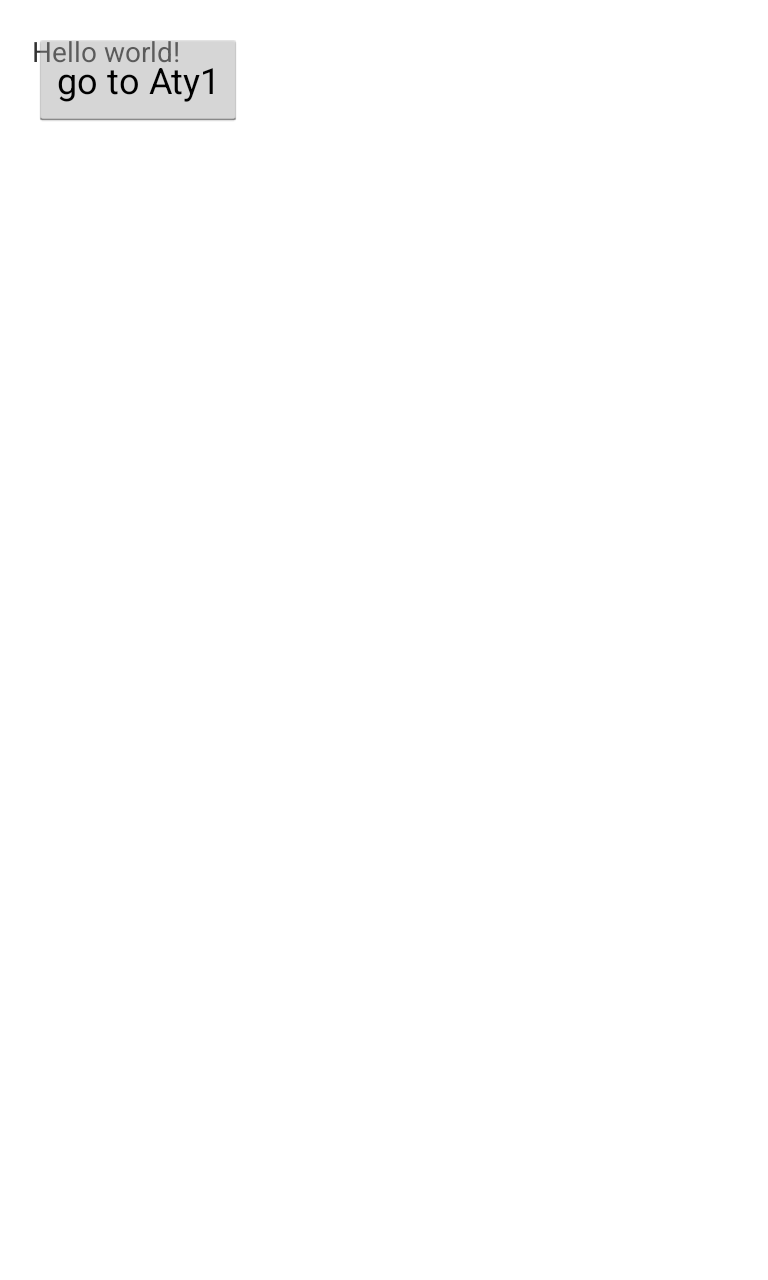
Repository: avenosu/android-coding-practice
Layout: Z001Activity/res/layout/activity_main.xml
An editor plug-in stored every save of this project. The layout is shown before and after the next save, followed by the edit.
It is drawn on a 768 x 1280 px phone screen (xhdpi) without system bars, with theme AppTheme; the app's code is not run.

Above is the layout before, as saved 2015-03-24 11:15:17.

After the next save:
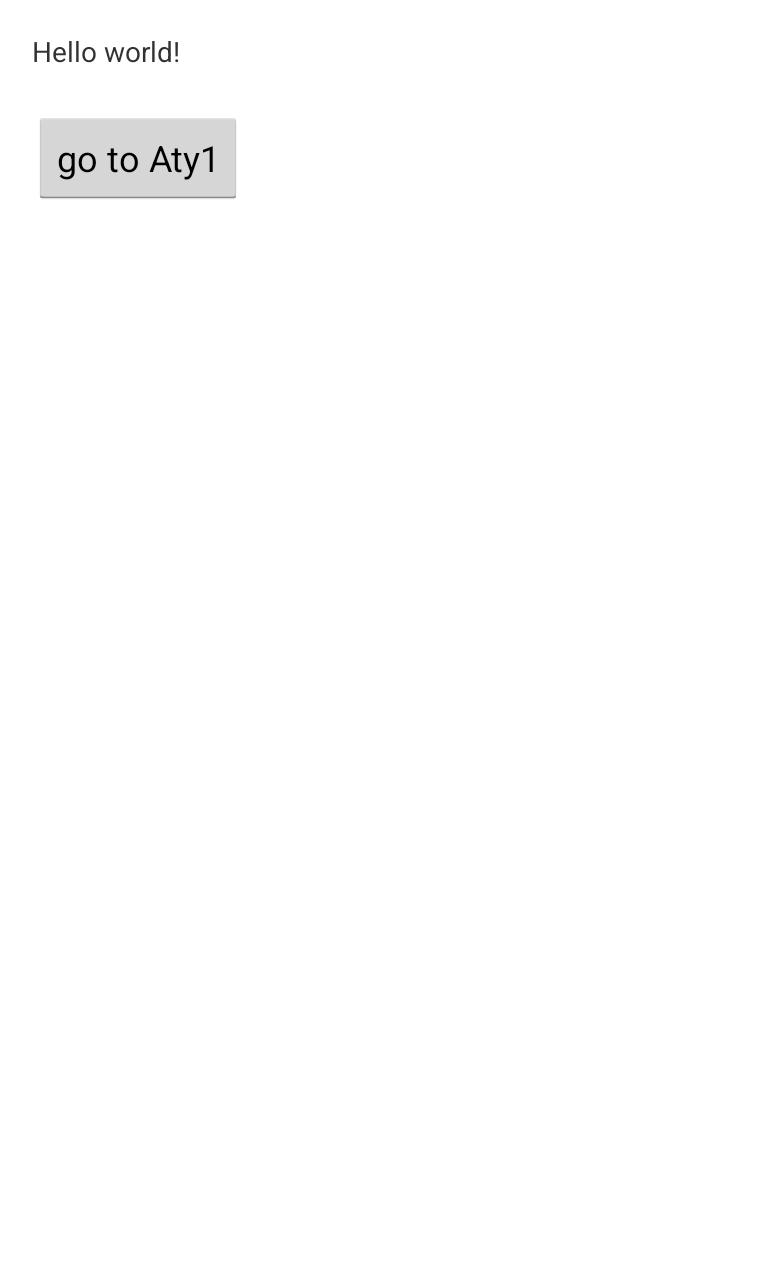
Saved 97 s later.
--- a/Z001Activity/res/layout/activity_main.xml
+++ b/Z001Activity/res/layout/activity_main.xml
@@ -18,7 +18,9 @@
         android:id="@+id/mainactivity_button1_gotoaty1"
         android:layout_width="wrap_content"
         android:layout_height="wrap_content"
-        android:layout_below="@+id/textView1"
+        android:layout_alignParentLeft="true"
+        android:layout_below="@+id/mainactivity_textView1"
+        android:layout_marginTop="20dp"
         android:text="go to Aty1" />
 
 </RelativeLayout>
